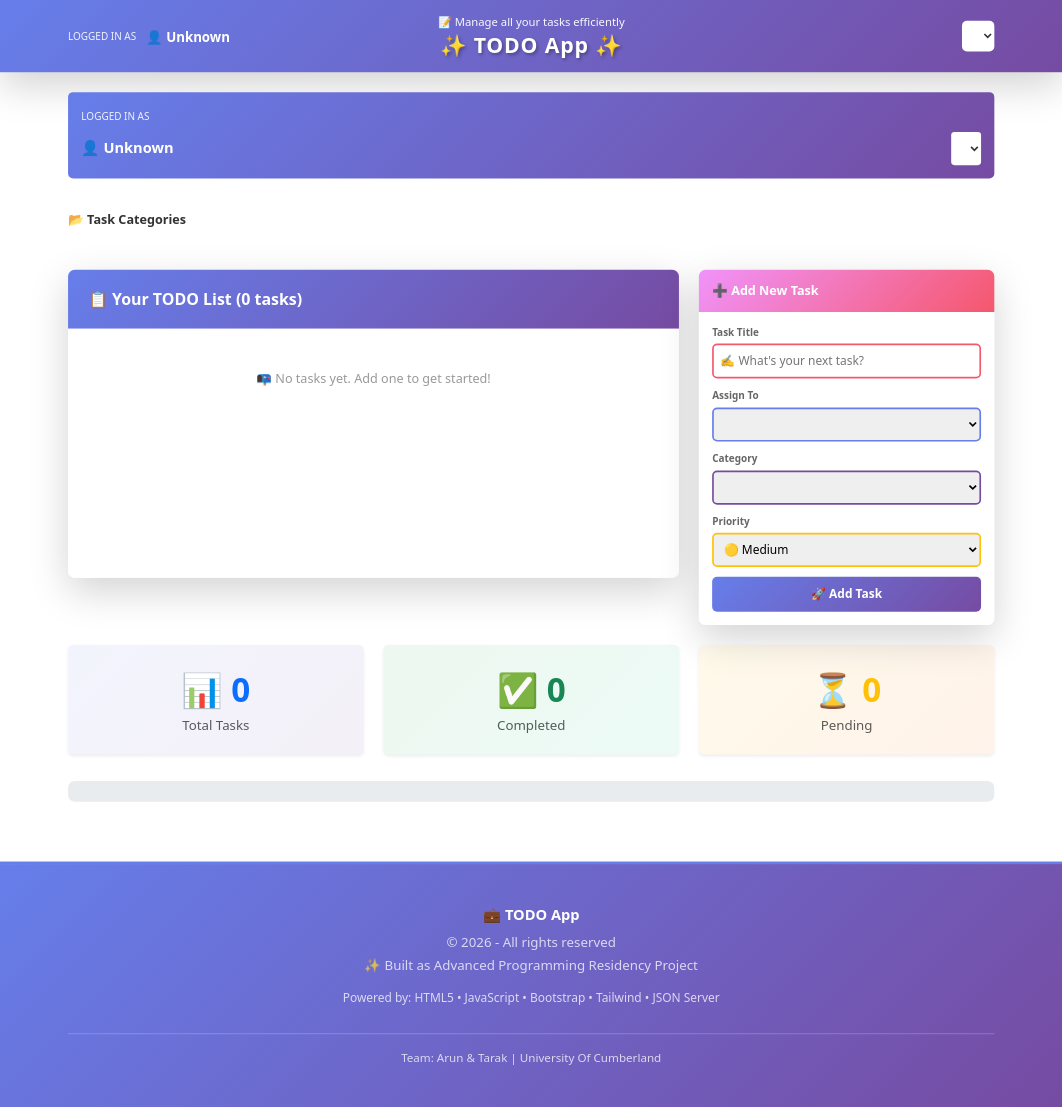
Repository: arunkr12/Master-In-Computer-Science
Page: Advanced Programming Language/Residency Project Team One Arun Javascript Version/TODO/index.html
An editor plug-in stored every save of this project. The page is shown before and after the next save, followed by the edit.
The browser window is 1280 px wide. The pictures show the whole page, at 83% of full size.
The page's requests for data from a server got no answer. Some web libraries are served in a nearby version.

Above is the page before, as saved 2026-02-21 08:41:53.

### Advanced Programming Language/Residency Project Team One Arun Javascript Version/TODO/index.html
<!doctype html>
<html lang="en">
  <head>
    <meta charset="UTF-8" />
    <meta name="viewport" content="width=device-width, initial-scale=1.0" />
    <title>TODO App</title>
    <link
      href="https://cdn.jsdelivr.net/npm/bootstrap@5.3.8/dist/css/bootstrap.min.css"
      rel="stylesheet"
    />
    <link href="https://cdn.tailwindcss.com" rel="stylesheet" />
    <style>
      body {
        display: flex;
        flex-direction: column;
        min-height: 100vh;
      }
      main {
        flex: 1;
      }
      footer {
        background-color: #f8f9fa;
        border-top: 1px solid #dee2e6;
      }
    </style>
  </head>
  <body>
    <div id="app"></div>

    <script src="https://cdn.jsdelivr.net/npm/bootstrap@5.3.8/dist/js/bootstrap.bundle.min.js"></script>
    <script type="module" src="app.js"></script>
  </body>
</html>

### Advanced Programming Language/Residency Project Team One Arun Javascript Version/TODO/ToDoContainer/ToDoContainer.js
import Header from "../Header/Header.js";
import Footer from "../Footer/Footer.js";
import ToDoList from "../ToDoList/ToDoList.js";
import AddTodo from "../AddTodo/AddTodo.js";
import Stats from "../Stats/Stats.js";
import User from "../User/User.js";
import Category from "../Category/Category.js";
import TodoService from "../Services/TodoService.js";
import ConcurrencyManager from "../Services/ConcurrencyManager.js";
import RefreshManager from "../Services/RefreshManager.js";

class ToDoContainer {
  constructor() {
    this.header = new Header("TODO App", "Manage all your tasks efficiently");
    this.footer = new Footer(2026, "TODO App");
    this.todoList = new ToDoList();
    this.addTodo = new AddTodo();
    this.stats = new Stats();
    this.user = new User();
    this.category = new Category();
    this.todoService = new TodoService();

    // Concurrency management
    this.concurrencyManager = new ConcurrencyManager();
    this.refreshManager = new RefreshManager(this.todoService, 5000); // Refresh every 5 seconds

    this.todos = [];
    this.users = [];
    this.categories = [];
    this.currentUserId = 1;
    this.remoteUpdateNotifications = [];
  }

  async initialize() {
    this.users = await this.todoService.getUsers();
    this.categories = await this.todoService.getCategories();
    this.todos = await this.todoService.getTodos();

    // Cache versions for concurrency detection
    this.todos.forEach((todo) => {
      this.concurrencyManager.cacheVersion(todo.id, todo.version);
    });

    this.user.setUsers(this.users);
    this.user.setCurrentUser(this.currentUserId);
    this.category.setCategories(this.categories);

    // Set up conflict listeners
    this.concurrencyManager.onConflict((conflictInfo) => {
      console.warn("⚠️ Conflict detected:", conflictInfo);
      this.remoteUpdateNotifications.push(conflictInfo);
    });

    // Set up refresh listeners for auto-sync
    this.refreshManager.onUpdate((changes) => {
      console.log("🔄 Remote updates detected, refreshing UI...", changes);
      changes.forEach((change) => {
        this.remoteUpdateNotifications.push({
          type: change.type,
          message: change.description,
          todo: change.todo,
        });
      });
      // Auto-refresh todo list
      this.refreshLocalTodos();
    });

    // Start auto-refresh for concurrent access
    this.refreshManager.startAutoRefresh();

    this.updateComponents();
  }

  /**
   * Refresh local todos from server (for concurrent sync)
   */
  async refreshLocalTodos() {
    try {
      this.todos = await this.todoService.getTodos();
      this.todos.forEach((todo) => {
        this.concurrencyManager.cacheVersion(todo.id, todo.version);
      });
      this.updateComponents();
    } catch (error) {
      console.error("Error refreshing todos:", error);
    }
  }

  setCurrentUser(userId) {
    this.currentUserId = userId;
    this.user.setCurrentUser(userId);
    this.updateComponents();
  }

  updateComponents() {
    // Filter todos for current user
    const userTodos = this.todos.filter(
      (t) => t.assignedTo === this.currentUserId,
    );

    this.todoList.setTodos(userTodos);
    this.todoList.setUsers(this.users);
    this.todoList.setCategories(this.categories);

    this.stats.setTodos(userTodos);

    this.addTodo.setUsers(this.users);
    this.addTodo.setCategories(this.categories);
  }

  async addTodoItem(todoData) {
    if (todoData.text.trim()) {
      const newTodo = await this.todoService.addTodo({
        text: todoData.text,
        createdBy: this.currentUserId,
        assignedTo: todoData.assignedTo || this.currentUserId,
        categoryId: todoData.categoryId,
        dueDate: todoData.dueDate,
        priority: todoData.priority,
      });
      if (newTodo) {
        this.todos.push(newTodo);
        this.updateComponents();
        return newTodo;
      }
    }
    return null;
  }

  async editTodoItem(id, newText) {
    if (newText.trim()) {
      // Get current version for conflict detection
      const cachedVersion = this.concurrencyManager.getCachedVersion(id);

      const result = await this.todoService.updateTodo(
        id,
        {
          text: newText.trim(),
        },
        this.currentUserId,
      );

      if (result.success) {
        // Update cache and local state
        this.concurrencyManager.cacheVersion(id, result.todo.version);
        this.concurrencyManager.logChange(
          id,
          "UPDATE",
          this.currentUserId,
          null,
          result.todo,
        );

        const todo = this.todos.find((t) => t.id === id);
        if (todo) {
          todo.text = newText.trim();
          todo.version = result.todo.version;
          todo.lastModifiedAt = result.todo.lastModifiedAt;
          todo.lastModifiedBy = result.todo.lastModifiedBy;
          this.updateComponents();
        }
        return result.todo;
      } else if (result.conflict) {
        // Handle version conflict
        const conflictInfo = {
          message: `Conflict! This task was modified by another user.`,
          todo: result.serverTodo,
          suggestRefresh: true,
        };
        this.concurrencyManager.notifyConflict(conflictInfo);
        alert(
          `⚠️ Conflict: This task was recently modified. Please refresh to see the latest version.`,
        );
        await this.refreshLocalTodos();
        return null;
      }
    }
    return null;
  }

  async toggleTodoItem(id) {
    const todo = this.todos.find((t) => t.id === id);
    if (todo) {
      // Get current version for conflict detection
      const cachedVersion = this.concurrencyManager.getCachedVersion(id);

      const result = await this.todoService.updateTodo(
        id,
        {
          completed: !todo.completed,
        },
        this.currentUserId,
      );

      if (result.success) {
        // Update cache and local state
        this.concurrencyManager.cacheVersion(id, result.todo.version);
        this.concurrencyManager.logChange(
          id,
          "UPDATE",
          this.currentUserId,
          { completed: todo.completed },
          { completed: result.todo.completed },
        );

        todo.completed = result.todo.completed;
        todo.version = result.todo.version;
        todo.lastModifiedAt = result.todo.lastModifiedAt;
        todo.lastModifiedBy = result.todo.lastModifiedBy;
        this.updateComponents();
        return result.todo;
      } else if (result.conflict) {
        // Handle version conflict
        const conflictInfo = {
          message: `Conflict! This task was modified by another user.`,
          todo: result.serverTodo,
          suggestRefresh: true,
        };
        this.concurrencyManager.notifyConflict(conflictInfo);
        alert(`⚠️ Conflict: This task was recently modified. Refreshing...`);
        await this.refreshLocalTodos();
        return null;
      }
    }
    return null;
  }

  async deleteTodoItem(id) {
    const todo = this.todos.find((t) => t.id === id);
    if (!todo) return false;

    try {
      const success = await this.todoService.deleteTodo(id);
      if (success) {
        // Log deletion in audit trail
        this.concurrencyManager.logChange(
          id,
          "DELETE",
          this.currentUserId,
          todo,
          null,
        );

        this.todos = this.todos.filter((t) => t.id !== id);
        this.updateComponents();
        return true;
      }
    } catch (error) {
      console.error("Error deleting todo:", error);
      alert(
        `⚠️ Failed to delete task. It may have been modified or deleted by another user.`,
      );
      await this.refreshLocalTodos();
      return false;
    }
    return false;
  }

  render() {
    const header = this.header.render();
    const mainContent = this.renderMain();
    const footer = this.footer.render();

    return `
            ${header}
            ${mainContent}
            ${footer}
        `;
  }

  renderMain() {
    const userHtml = this.user.render();
    const todoListHtml = this.todoList.render();
    const categoryHtml = this.category.render();
    const addTodoHtml = this.addTodo.render();
    const statsHtml = this.stats.render();

    return `
            <main class="py-4">
                <div class="container">
                    <div class="row mb-4">
                        <div class="col-12">
                            ${userHtml}
                        </div>
                    </div>
                    <div class="row mb-4">
                        <div class="col-12">
                            ${categoryHtml}
                        </div>
                    </div>
                    <div class="row mb-4">
                        <div class="col-md-8">
                            ${todoListHtml}
                        </div>
                        <div class="col-md-4">
                            ${addTodoHtml}
                        </div>
                    </div>
                    ${statsHtml}
                </div>
            </main>
        `;
  }

  getTodos() {
    return this.todos;
  }
}

export default ToDoContainer;

### Advanced Programming Language/Residency Project Team One Arun Javascript Version/TODO/Header/Header.js
class Header {
  constructor(
    title = "TODO App",
    subtitle = "Manage all your tasks efficiently",
  ) {
    this.title = title;
    this.subtitle = subtitle;
    this.users = [];
    this.currentUserId = 1;
  }

  setUsers(users) {
    this.users = users || [];
  }

  setCurrentUser(userId) {
    this.currentUserId = userId;
  }

  getCurrentUser() {
    return this.users.find((u) => u.id === this.currentUserId);
  }

  render() {
    const currentUser = this.getCurrentUser();
    return `
      <header class="bg-gradient-primary text-white py-3 shadow-lg" style="background: linear-gradient(135deg, #667eea 0%, #764ba2 100%);">
        <div class="container">
          <div style="display:flex; align-items:center; justify-content:space-between; gap:1rem;">
            <div style="display:flex; align-items:center; gap:0.75rem; flex:1;">
              <div style="font-size:0.75rem; color: rgba(255,255,255,0.9);">LOGGED IN AS</div>
              <div style="font-weight:700; font-size:1rem;">👤 ${currentUser ? currentUser.name : "Unknown"}</div>
            </div>

            <div style="flex:2; text-align:center;">
              <div style="font-size:0.85rem; opacity:0.95; margin-bottom:0.25rem;">📝 ${this.subtitle}</div>
              <h1 class="m-0 fw-bold" style="text-shadow: 2px 2px 4px rgba(0,0,0,0.3); letter-spacing: 1px; font-size: 1.6rem;">
                ✨ ${this.title} ✨
              </h1>
            </div>

            <div style="display:flex; align-items:center; justify-content:flex-end; flex:1;">
              <select class="user-selector" style="padding: 0.4rem 0.6rem; border-radius: 6px; border: none; background: white; color: #333; font-weight: bold; cursor: pointer;">
                ${this.users
                  .map(
                    (user) => `
                      <option value="${user.id}" ${user.id === this.currentUserId ? "selected" : ""}>${user.name}</option>
                    `,
                  )
                  .join("")}
              </select>
            </div>
          </div>
        </div>
      </header>
    `;
  }
}

export default Header;

### Advanced Programming Language/Residency Project Team One Arun Javascript Version/TODO/Footer/Footer.js
class Footer {
  constructor(year = 2026, projectName = "TODO App") {
    this.year = year;
    this.projectName = projectName;
  }

  render() {
    return `
      <footer class="py-5 mt-5" style="background: linear-gradient(135deg, #667eea 0%, #764ba2 100%); color: white; border-top: 3px solid #667eea;">
        <div class="container">
          <div class="row text-center">
            <div class="col-md-12">
              <p class="mb-2 fw-bold" style="font-size: 1.1rem;">💼 ${this.projectName}</p>
              <p class="mb-1 opacity-75">&copy; ${this.year} - All rights reserved</p>
              <p class="mb-0 opacity-75">✨ Built as Advanced Programming Residency Project</p>
              <p class="mt-3 opacity-75" style="font-size: 0.9rem;">
                Powered by: HTML5 • JavaScript • Bootstrap • Tailwind • JSON Server
              </p>
            </div>
          </div>
          <hr class="my-3 opacity-25">
          <div class="text-center opacity-75">
            <small>Team: Arun & Tarak | University Of Cumberland</small>
          </div>
        </div>
      </footer>
    `;
  }
}

export default Footer;

### Advanced Programming Language/Residency Project Team One Arun Javascript Version/TODO/Stats/Stats.js
class Stats {
  constructor(todos = []) {
    this.todos = todos;
  }

  setTodos(todos) {
    this.todos = todos;
  }

  getTotalTasks() {
    return this.todos.length;
  }

  getCompletedTasks() {
    return this.todos.filter((t) => t.completed).length;
  }

  getPendingTasks() {
    return this.getTotalTasks() - this.getCompletedTasks();
  }

  render() {
    const total = this.getTotalTasks();
    const completed = this.getCompletedTasks();
    const pending = this.getPendingTasks();
    const percentage = total > 0 ? Math.round((completed / total) * 100) : 0;

    return `
      <div class="row mt-4">
        <div class="col-md-4 mb-3">
          <div class="card shadow-sm border-0 text-center p-4" style="background: linear-gradient(135deg, #667eea15 0%, #764ba215 100%); border-left: 4px solid #667eea;">
            <div class="text-primary fw-bold" style="font-size: 2.5rem;">📊 ${total}</div>
            <div class="text-muted fw-500">Total Tasks</div>
          </div>
        </div>
        <div class="col-md-4 mb-3">
          <div class="card shadow-sm border-0 text-center p-4" style="background: linear-gradient(135deg, #28a74515 0%, #20c99715 100%); border-left: 4px solid #28a745;">
            <div class="text-success fw-bold" style="font-size: 2.5rem;">✅ ${completed}</div>
            <div class="text-muted fw-500">Completed</div>
          </div>
        </div>
        <div class="col-md-4 mb-3">
          <div class="card shadow-sm border-0 text-center p-4" style="background: linear-gradient(135deg, #ffc10715 0%, #ff650715 100%); border-left: 4px solid #ff6b6b;">
            <div class="text-warning fw-bold" style="font-size: 2.5rem;">⏳ ${pending}</div>
            <div class="text-muted fw-500">Pending</div>
          </div>
        </div>
      </div>
      <div class="progress mt-3" style="height: 25px; border-radius: 8px;">
        <div class="progress-bar bg-success fw-bold" role="progressbar"
             style="width: ${percentage}%; border-radius: 8px;"
             aria-valuenow="${percentage}" aria-valuemin="0" aria-valuemax="100">
          ${percentage}% Complete
        </div>
      </div>
    `;
  }
}

export default Stats;

### Advanced Programming Language/Residency Project Team One Arun Javascript Version/TODO/User/User.js
class User {
  constructor(users = [], currentUserId = 1) {
    this.users = users;
    this.currentUserId = currentUserId;
  }

  setUsers(users) {
    this.users = users;
  }

  setCurrentUser(userId) {
    this.currentUserId = userId;
  }

  getCurrentUser() {
    return this.users.find((u) => u.id === this.currentUserId);
  }

  render() {
    const currentUser = this.getCurrentUser();

    return `
      <div style="background: linear-gradient(135deg, #667eea 0%, #764ba2 100%); padding: 1rem; border-radius: 6px; margin-bottom: 1rem;">
        <div style="color: white;">
          <small style="font-size: 0.75rem; opacity: 0.9;">LOGGED IN AS</small>
          <div style="display: flex; justify-content: space-between; align-items: center; margin-top: 0.5rem;">
            <div>
              <strong style="font-size: 1.1rem;">👤 ${currentUser ? currentUser.name : "Unknown"}</strong>
              <p style="font-size: 0.85rem; margin: 0.25rem 0; opacity: 0.9;">${currentUser ? currentUser.email : ""}</p>
            </div>
            <select class="user-selector" style="padding: 0.5rem; border-radius: 4px; border: none; background: white; color: #333; font-weight: bold; cursor: pointer;">
              ${this.users
                .map(
                  (user) => `
                <option value="${user.id}" ${user.id === this.currentUserId ? "selected" : ""}>
                  ${user.name}
                </option>
              `,
                )
                .join("")}
            </select>
          </div>
        </div>
      </div>
    `;
  }
}

export default User;

### Advanced Programming Language/Residency Project Team One Arun Javascript Version/TODO/Category/Category.js
class Category {
  constructor(categories = []) {
    this.categories = categories;
  }

  setCategories(categories) {
    this.categories = categories;
  }

  getCategoryById(id) {
    return this.categories.find((c) => c.id === id);
  }

  getCategoryColor(categoryId) {
    const category = this.getCategoryById(categoryId);
    return category ? category.color : "#999";
  }

  render() {
    return `
      <div style="margin-bottom: 1rem;">
        <h6 style="color: #333; font-weight: bold; margin-bottom: 0.75rem; font-size: 0.95rem;">📂 Task Categories</h6>
        <div style="display: flex; gap: 0.5rem; flex-wrap: wrap;">
          ${this.categories
            .map(
              (cat) => `
            <span style="background: ${cat.color}; color: white; padding: 0.4rem 0.8rem; border-radius: 20px; font-size: 0.8rem; font-weight: bold; display: inline-flex; align-items: center; gap: 0.3rem;">
              ${cat.name}
            </span>
          `,
            )
            .join("")}
        </div>
      </div>
    `;
  }
}

export default Category;

Loaded but not shown: Advanced Programming Language/Residency Project Team One Arun Javascript Version/TODO/Services/TodoService.js (188 lines, source omitted); Advanced Programming Language/Residency Project Team One Arun Javascript Version/TODO/Services/RefreshManager.js (200 lines, source omitted); Advanced Programming Language/Residency Project Team One Arun Javascript Version/TODO/ToDoList/ToDoList.js (106 lines, source omitted); Advanced Programming Language/Residency Project Team One Arun Javascript Version/TODO/Services/ConcurrencyManager.js (166 lines, source omitted); Advanced Programming Language/Residency Project Team One Arun Javascript Version/TODO/app.js (116 lines, source omitted); Advanced Programming Language/Residency Project Team One Arun Javascript Version/TODO/AddTodo/AddTodo.js (78 lines, source omitted)

After the next save:
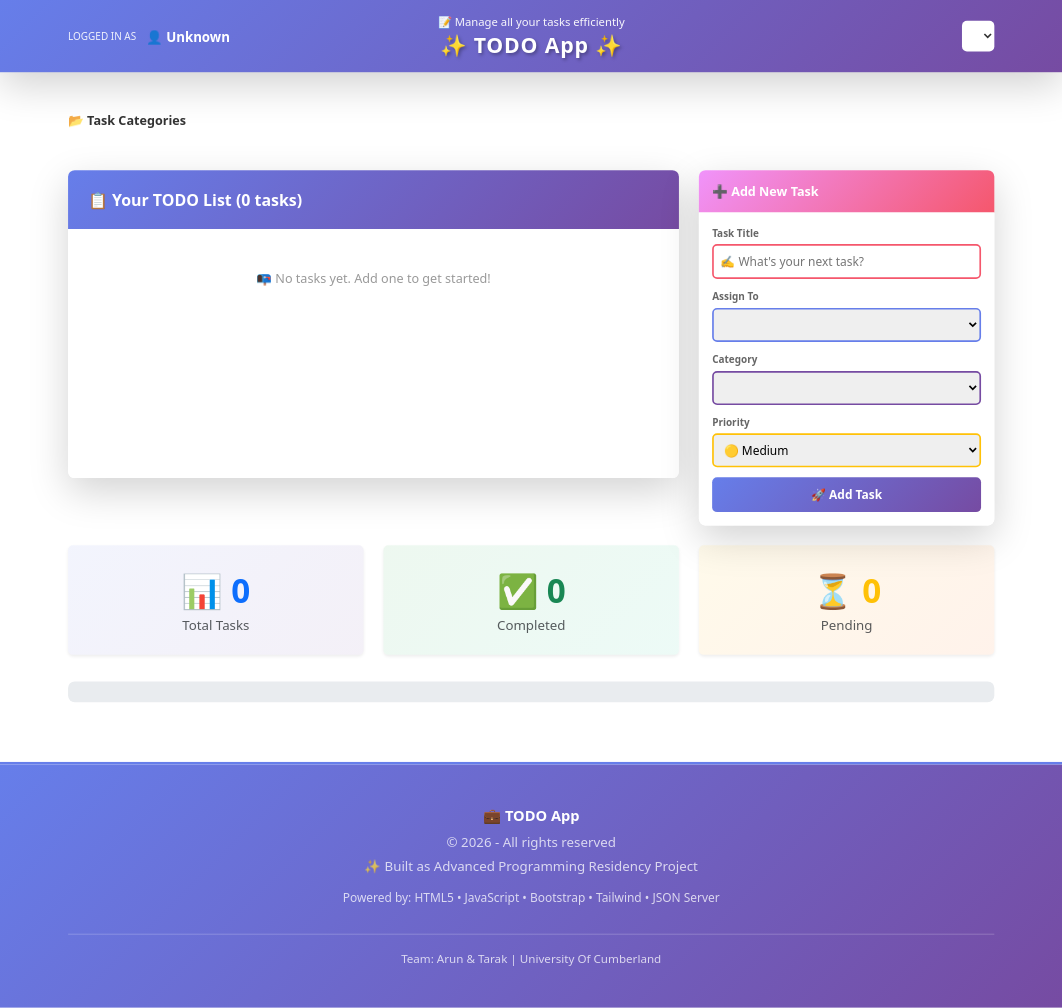
Saved 7 s later.
--- a/Advanced Programming Language/Residency Project Team One Arun Javascript Version/TODO/ToDoContainer/ToDoContainer.js
+++ b/Advanced Programming Language/Residency Project Team One Arun Javascript Version/TODO/ToDoContainer/ToDoContainer.js
@@ -43,6 +43,11 @@ class ToDoContainer {
 
     this.user.setUsers(this.users);
     this.user.setCurrentUser(this.currentUserId);
+    // Provide user info to header so it can show logged-in and selector
+    if (this.header && typeof this.header.setUsers === "function") {
+      this.header.setUsers(this.users);
+      this.header.setCurrentUser(this.currentUserId);
+    }
     this.category.setCategories(this.categories);
 
     // Set up conflict listeners
@@ -101,6 +106,12 @@ class ToDoContainer {
     this.todoList.setTodos(userTodos);
     this.todoList.setUsers(this.users);
     this.todoList.setCategories(this.categories);
+
+    // keep header user state in sync
+    if (this.header && typeof this.header.setUsers === "function") {
+      this.header.setUsers(this.users);
+      this.header.setCurrentUser(this.currentUserId);
+    }
 
     this.stats.setTodos(userTodos);
 
@@ -269,7 +280,6 @@ class ToDoContainer {
   }
 
   renderMain() {
-    const userHtml = this.user.render();
     const todoListHtml = this.todoList.render();
     const categoryHtml = this.category.render();
     const addTodoHtml = this.addTodo.render();
@@ -278,11 +288,11 @@ class ToDoContainer {
     return `
             <main class="py-4">
                 <div class="container">
-                    <div class="row mb-4">
-                        <div class="col-12">
-                            ${userHtml}
-                        </div>
-                    </div>
+            <div class="row mb-4">
+              <div class="col-12">
+                <!-- User area moved into header -->
+              </div>
+            </div>
                     <div class="row mb-4">
                         <div class="col-12">
                             ${categoryHtml}
